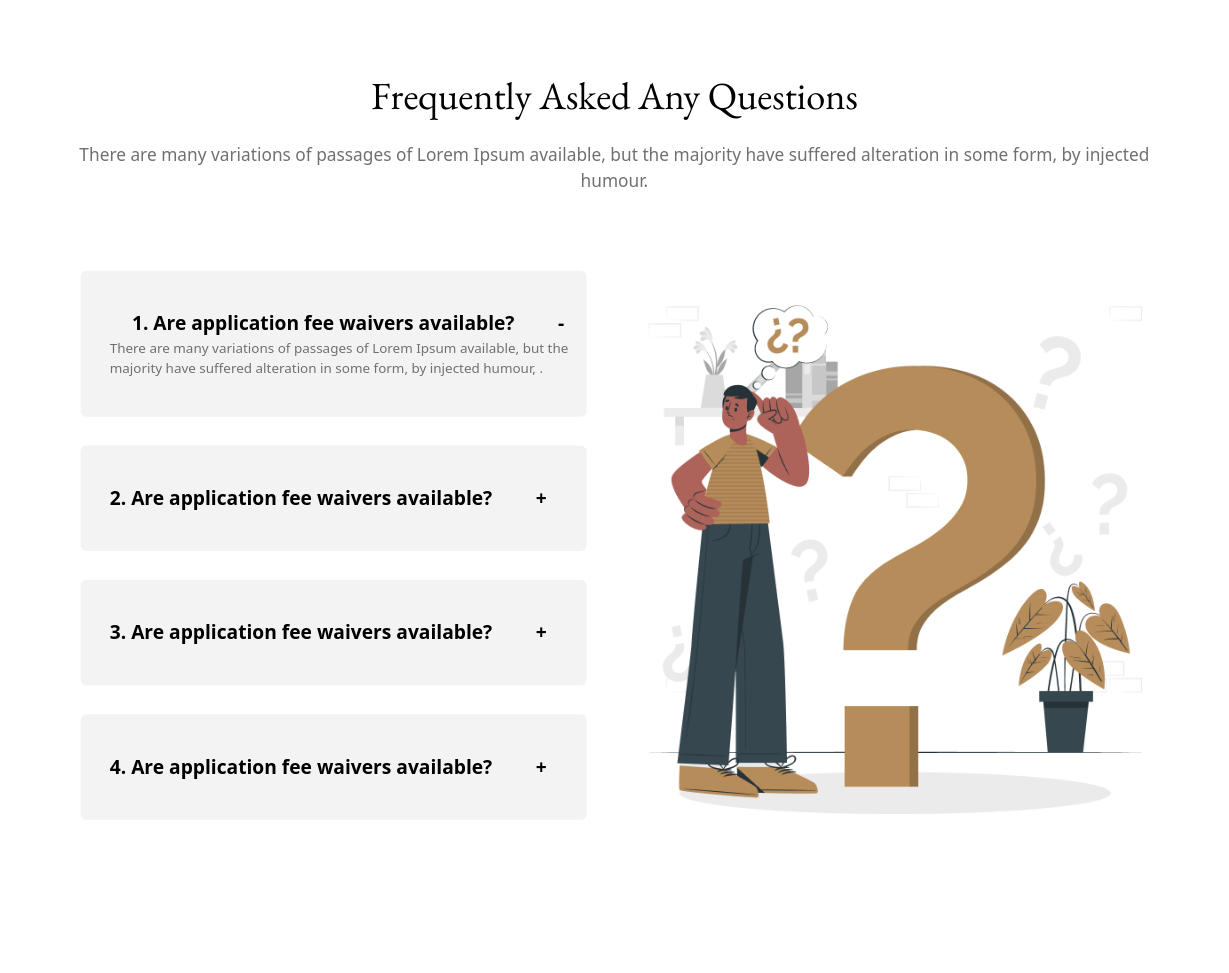
Repository: nahid-hasann/website-6
Page: index.html
The author's editor kept a copy of each file at every save. The page is drawn from the files as they stood at one save, then again after a run of saves.
The browser window is 1280 px wide. The pictures show the whole page, at 96% of full size.

Above is the page before, as saved 2025-07-21 17:15:13.

### index.html
<!DOCTYPE html>
<html lang="en">
<head>
    <meta charset="UTF-8">
    <meta name="viewport" content="width=device-width, initial-scale=1.0">
    <script src="https://cdn.jsdelivr.net/npm/@tailwindcss/browser@4"></script>
    <title>Document</title>
    <link rel="stylesheet" href="style.css">
    <link rel="stylesheet" href="https://cdnjs.cloudflare.com/ajax/libs/font-awesome/6.7.2/css/all.min.css" integrity="sha512-Evv84Mr4kqVGRNSgIGL/F/aIDqQb7xQ2vcrdIwxfjThSH8CSR7PBEakCr51Ck+w+/U6swU2Im1vVX0SVk9ABhg==" crossorigin="anonymous" referrerpolicy="no-referrer" />
</head>
<body>

<header class="hidden">

<div class="flex mx-auto w-[1170px]  justify-between items-center my-[30px] ">
    <div>
        <img src="images/logo2.png" alt="">
    </div>
    <div>
        <ul class="flex gap-[20px] text-[#707070]">
            <li><a href="">Home</a></li>
            <li><a href="">Service<i class="fa-solid fa-angle-right ml-[10px]"></i></a></li>
            <li><a href="">Cases<i class="fa-solid fa-angle-right ml-[10px]"></i></a></li>
            <li><a href="">Blog<i class="fa-solid fa-angle-right ml-[10px]"></i></a></li>
            <li><a href="">Contact us<i class="fa-solid fa-angle-right ml-[10px]"></i></a></li>
        </ul>
    </div>
    <div>
        <button class="bg-[#b68c59] py-[12px] px-[22px] text-white rounded-md" >Free Consultation</button>
    </div>
</div>


<div class="banner-img w-[1170px] h-[550px] mx-auto  flex flex-col items-center justify-center mt-[60px] mb-[130px]">
      <div class="banner-content w-[692px]">
         <h1 class="text-[72px] text-center text-white leading-none">We Provide Effective  Legal Solutions</h1>
       <p class="my-[30px] text-center  text-[#E7E7E7]">There are many variations of passages of Lorem Ipsum available, but the majority have suffered alteration in some form, by injected humour.</p>
       <div class="flex justify-center gap-[40px]">
        <input class="bg-white py-[12px] px-[30px] pr-[70px] w-[500px] rounded-md" type="text" name="" placeholder="Search your services" id="">
        <button class="bg-[#b68c59] py-[12px] px-[22px] text-white rounded-md" >Search</button>
       </div>
      </div>
</div>


</header>


<main>
    <section class="card-section xl:w-[1170px] mx-auto lg:mb-[130px] hidden">
        <div class="card-content">
            <h1 class="eb-garamond-ok text-[40px] text-center ">The Legal Practice Area</h1>
            <p class="text-center text-[#707070] my-[20px]">There are many variations of passages of Lorem Ipsum available, but the majority have <br> suffered alteration in some form, by injected humour.</p>
        </div>

        <div class="card-div mt-[100px] grid grid-cols-3">
            <div class="card py-[70px]  border-r border-[#E7E7E7]  border-b  flex flex-col items-center justify-center text-center">
                  <img src="images/business.png" alt="">
                  <h1 class="text-[32px] my-[15px]">Business Law</h1>
                  <p class="text-[#707070] w-[258px] mb-[15px]">There are many variations of passages of Lorem Ipsum available, but the majority have suffered alteration in some form, by injected humour.</p>
                  <img src="images/Frame.png" alt="">
            </div>

             <div class="card bg-[linear-gradient(to_bottom,_#f3f3f3,_#ffffff)]   py-[70px] border-[#E7E7E7] border-r border-b flex flex-col items-center justify-center text-center">
                  <img src="images/criminal.png" alt="">
                  <h1 class="text-[32px] my-[15px]">Criminal Law</h1>
                  <p class="text-[#707070] w-[258px] mb-[15px]">There are many variations of passages of Lorem Ipsum available, but the majority have suffered alteration in some form, by injected humour.</p>
                  <img src="images/Frame.png" alt="">
            </div>

             <div class="card  py-[70px] border-[#E7E7E7] border-b flex flex-col items-center justify-center text-center">
                  <img src="images/child.png" alt="">
                  <h1 class="text-[32px] my-[15px]">Child Support</h1>
                  <p class="text-[#707070] w-[258px] mb-[15px]">There are many variations of passages of Lorem Ipsum available, but the majority have suffered alteration in some form, by injected humour.</p>
                  <img src="images/Frame.png" alt="">
            </div>

             <div class="card border-r border-[#E7E7E7]  py-[70px] flex flex-col items-center justify-center text-center">
                  <img src="images/education.png" alt="">
                  <h1 class="text-[32px] my-[15px]">Education Law</h1>
                  <p class="text-[#707070] w-[258px] mb-[15px]">There are many variations of passages of Lorem Ipsum available, but the majority have suffered alteration in some form, by injected humour.</p>
                  <img src="images/Frame.png" alt="">
            </div>

             <div class="card border-r border-[#E7E7E7]  py-[70px] flex flex-col items-center justify-center text-center">
                  <img src="images/divorce.png" alt="">
                  <h1 class="text-[32px] my-[15px]">Divorce Law</h1>
                  <p class="text-[#707070] w-[258px] mb-[15px]">There are many variations of passages of Lorem Ipsum available, but the majority have suffered alteration in some form, by injected humour.</p>
                  <img src="images/Frame.png" alt="">
            </div>

             <div class="card  py-[70px] flex flex-col items-center justify-center text-center">
                  <img src="images/tax.png" alt="">
                  <h1 class="text-[32px] my-[15px]">Tax Law</h1>
                  <p class="text-[#707070] w-[258px] mb-[15px]">There are many variations of passages of Lorem Ipsum available, but the majority have suffered alteration in some form, by injected humour.</p>
                  <img src="images/Frame.png" alt="">
            </div>
        </div>
    </section>

    <section class="question-section lg:mb-[130px] xl:w-[1170px] sm:my-[70px] mx-auto">
         <h1 class="eb-garamond-ok xl:text-[40px] lg:text-[30px] sm:text-[25px] text-center">Frequently Asked Any Questions</h1>
         <p class="xl:text-[18px] text-center text-[#707070] mt-[18px] sm:text-[13px] sm:px-[20px] mb-[40px]">There are many variations of passages of Lorem Ipsum available, but the majority have suffered alteration in some form, by injected humour.</p>

         <div class="ques-img lg:flex lg:justify-around lg:items-center lg:mt-[80px] ">
             <div class="lg:w-[45%]">
                 <div class=" bg-[#f3f3f3] pl-[30px] py-[40px] rounded-md mb-[30px] ">
                    <h1 class="lg:text-[18px] xl:text-[20px] font-extrabold sm:text-center">1. Are application fee waivers available? <span class="ml-[40px]">-</span> </h1>
                    <p class="text-[#707070] lg:text-[14px]">There are many variations of passages of Lorem Ipsum available, but the majority have suffered alteration in some form, by injected humour, . </p>
                 </div>
                 <div class=" bg-[#f3f3f3] pl-[30px] py-[40px] rounded-md mb-[30px]">
                    <h1 class="lg:text-[18px] xl:text-[20px] font-extrabold">2. Are application fee waivers available? <span class="ml-[40px]">+</span> </h1>
                 </div>
                 <div class=" bg-[#f3f3f3] pl-[30px] py-[40px] rounded-md mb-[30px]">
                    <h1 class="lg:text-[18px] xl:text-[20px] font-extrabold">3. Are application fee waivers available? <span class="ml-[40px]">+</span> </h1>
                 </div>
                 <div class=" bg-[#f3f3f3] pl-[30px] py-[40px] rounded-md mb-[30px]">
                    <h1 class="lg:text-[18px] xl:text-[20px] font-extrabold">4. Are application fee waivers available? <span class="ml-[40px]">+</span> </h1>
                 </div>
             </div>
             <div class="lg:w-[45%]">
                <img src="images/faq.png" alt="" class="max-w-full">
             </div>
         </div>
    </section>
</main>





</body>
</html>

### style.css
@import url('https://fonts.googleapis.com/css2?family=EB+Garamond:ital,wght@0,400..800;1,400..800&display=swap');


.eb-garamond-ok {
  font-family: "EB Garamond", serif;
  font-optical-sizing: auto;
  font-style: normal;
}


.banner-img{
    background-image: linear-gradient(rgba(0, 0, 0, 0.5), rgba(0, 0, 0, 0.5)), url('images/banner.png');
}

After the next 2 saves:
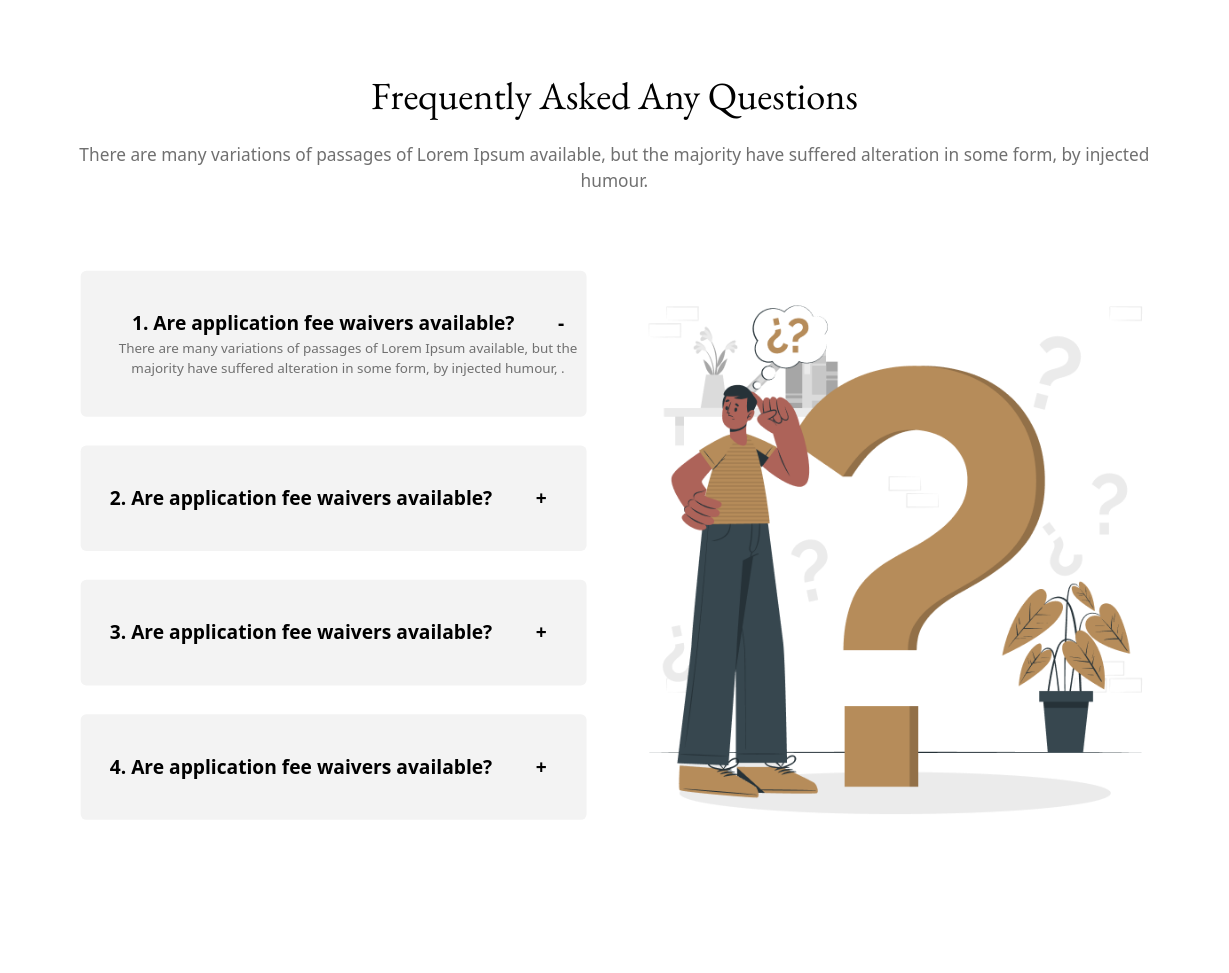
The 2 saves are shown as one change because they came seconds apart.
The last was saved 14 s later.
--- a/index.html
+++ b/index.html
@@ -104,8 +104,8 @@
 
          <div class="ques-img lg:flex lg:justify-around lg:items-center lg:mt-[80px] ">
              <div class="lg:w-[45%]">
-                 <div class=" bg-[#f3f3f3] pl-[30px] py-[40px] rounded-md mb-[30px] ">
-                    <h1 class="lg:text-[18px] xl:text-[20px] font-extrabold sm:text-center">1. Are application fee waivers available? <span class="ml-[40px]">-</span> </h1>
+                 <div class=" bg-[#f3f3f3] pl-[30px] py-[40px] rounded-md mb-[30px] sm:text-center">
+                    <h1 class="lg:text-[18px] xl:text-[20px] font-extrabold ">1. Are application fee waivers available? <span class="ml-[40px]">-</span> </h1>
                     <p class="text-[#707070] lg:text-[14px]">There are many variations of passages of Lorem Ipsum available, but the majority have suffered alteration in some form, by injected humour, . </p>
                  </div>
                  <div class=" bg-[#f3f3f3] pl-[30px] py-[40px] rounded-md mb-[30px]">
